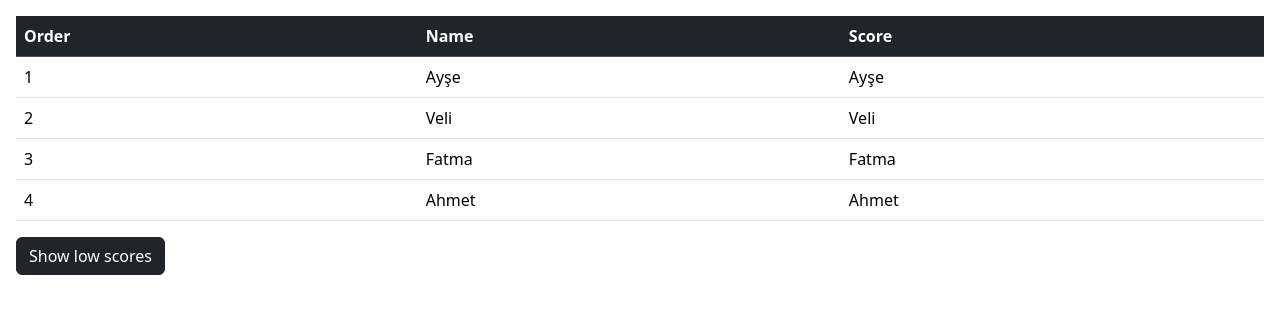
Repository: GorkemTurhan89/jsTutorial
Page: day17/72-dom4.html
The author's editor kept a copy of each file at every save. The page is drawn from the files as they stood at one save, then again after the next save.
The browser window is 1280 px wide. The pictures show the whole page.

Above is the page before, as saved 2024-06-22 13:58:44.

After the next save:
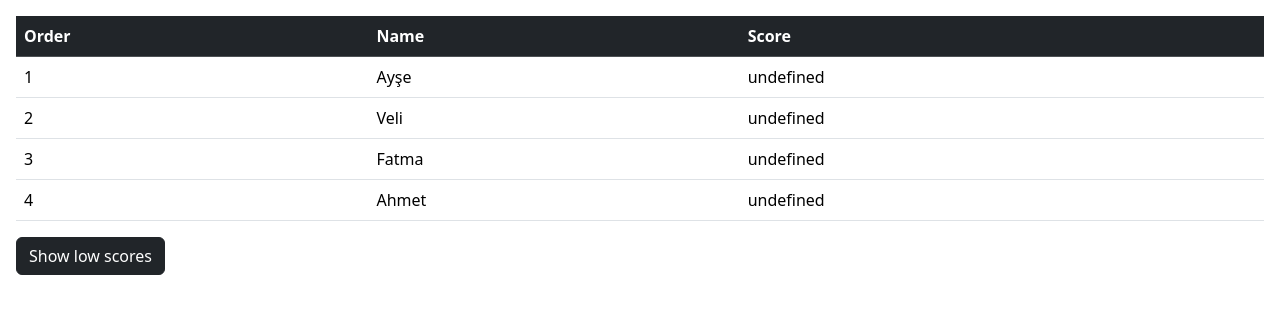
Saved 60 s later.
--- a/day17/js/script-70.js
+++ b/day17/js/script-70.js
@@ -26,7 +26,7 @@ const loadData =()=>{
         html+=`     <tr>
                     <td>${index+1}</td>
                     <td>${student.name}</td>
-                    <td>${student.name}</td>
+                    <td>${student.score}</td>
                     </tr>`;
 
 
